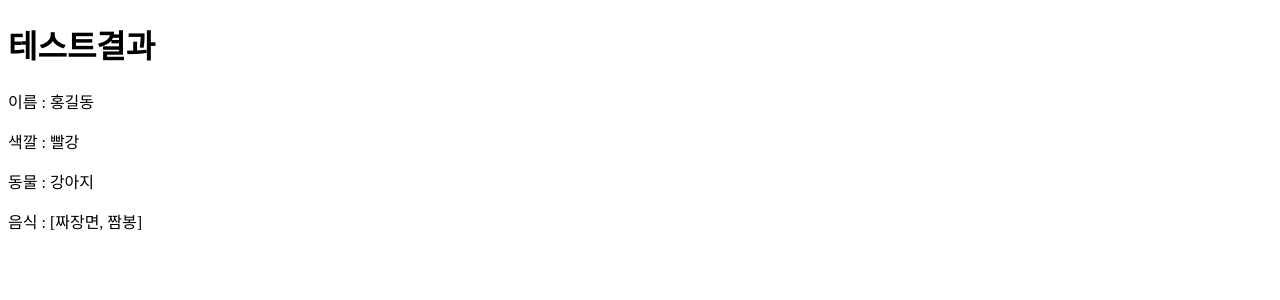
Repository: uriquely/web_server_assignment
Page: http://localhost/01_HelloWeb/servlet/testResult.jsp
The author's editor kept a copy of each file at every save. The page is drawn from the files as they stood at one save, then again after the next save.
The browser window is 1280 px wide. The pictures show the whole page.
The page is served by Tomcat 9. Other server files are loaded and not shown.

Above is the page before, as saved 2021-02-02 06:10:21.

### 210206_server_assignment/01_HelloWeb/WebContent/servlet/testResult.jsp
<%@ page language="java" contentType="text/html; charset=UTF-8"
    pageEncoding="UTF-8" import="java.util.*"%>
<%-- jsp주석 --%>

<%

	//java 코드 공간 (퍼센트 꺽새가)
	//jsp에서는 HttpServletRequest, HttpServletResponse객체에
	//request, response명으로 선언 없이 접근 가능

	String name = request.getParameter("name");
	String color = request.getParameter("color");
	String animal = request.getParameter("animal");
	String[] foodArr = request.getParameterValues("food");

	System.out.println("name@jsp = " + name);
	System.out.println("color@jsp = " + color);
	System.out.println("animal@jsp = " + animal);
	System.out.println("food@jsp = " + Arrays.toString(foodArr));

%>
<!DOCTYPE html>
<html>
<head>
	<meta charset='utf-8'/>
	<title>테스트 결과</title>
</head>
<body>
	<h1>테스트결과</h1>
	<p>이름 : 홍길동</p>
	<p>색깔 : 빨강</p>
	<p>동물 : 강아지</p>
	<p>음식 : [짜장면, 짬봉]</p>
</body>
</html>

After the next save:
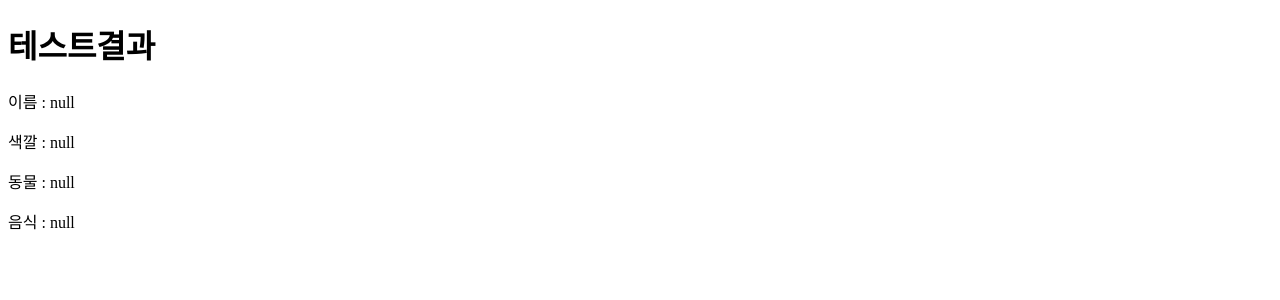
Saved 109 s later.
--- a/210206_server_assignment/01_HelloWeb/WebContent/servlet/testResult.jsp
+++ b/210206_server_assignment/01_HelloWeb/WebContent/servlet/testResult.jsp
@@ -27,9 +27,10 @@
 </head>
 <body>
 	<h1>테스트결과</h1>
-	<p>이름 : 홍길동</p>
-	<p>색깔 : 빨강</p>
-	<p>동물 : 강아지</p>
-	<p>음식 : [짜장면, 짬봉]</p>
+	<%-- jsp표현식 : 출력시 사용, ;(세미콜론)사용금지 --%>
+	<p>이름 : <%= name %></p>
+	<p>색깔 : <%= color %></p>
+	<p>동물 : <%= animal %></p>
+	<p>음식 : <%= name %></p>
 </body>
 </html>
